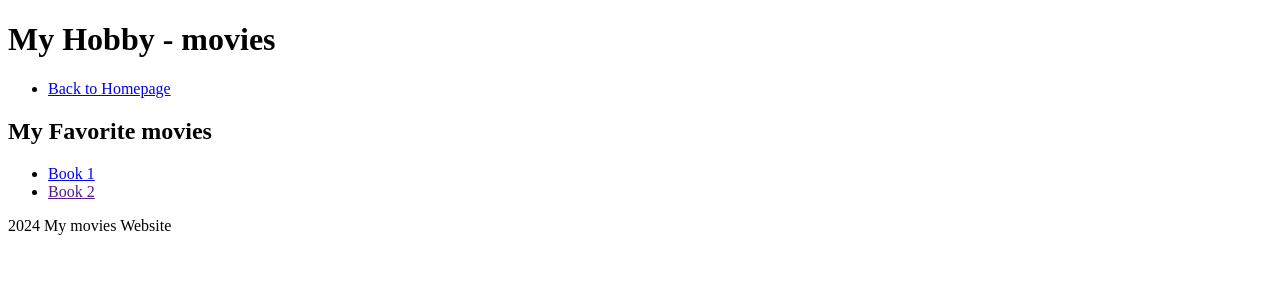
Repository: DaryaSarycheva/Hobbies
Page: pages/movies.html
These files come from the project's save history. The page is drawn as it stood at one moment and after the next save; the edit follows.
The browser window is 1280 px wide. The pictures show the whole page.

Above is the page before, as saved 2024-05-08 08:47:59.

### pages/movies.html
<!DOCTYPE html>
<html lang="en">
<head>
    <meta charset="UTF-8">
    <meta name="viewport" content="width=device-width, initial-scale=1.0">
    <title>Movies</title>
</head>
<body>
    <header>
        <h1>My Hobby - movies</h1>
    </header>
    <nav>
        <ul>
            <li><a href="../myHobbies.html">Back to Homepage</a></li>
        </ul>
    </nav>
    <main>
        <h2>My Favorite movies</h2>
        <ul>
            <li><a href="./">Book 1</a></li>
            <li><a href="">Book 2</a></li>

        </ul>
    </main>
    <footer>
        <p> 2024 My movies Website</p>
    </footer>
</body>
</html>

After the next save:
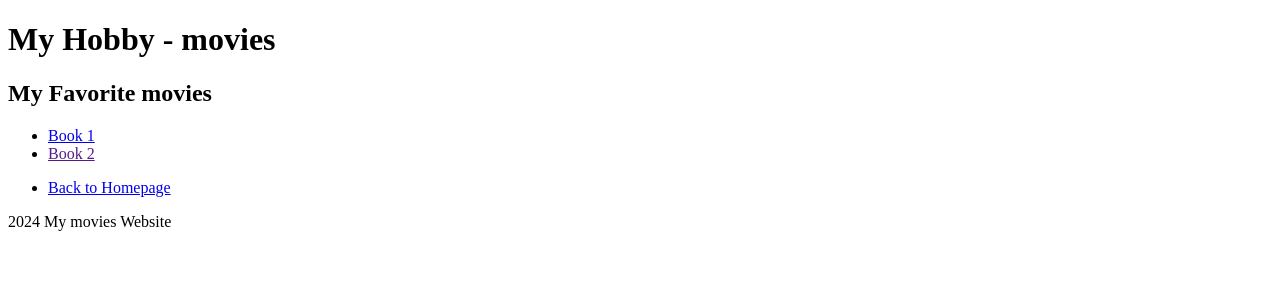
Saved 23 h 17 min later.
--- a/pages/movies.html
+++ b/pages/movies.html
@@ -9,19 +9,16 @@
     <header>
         <h1>My Hobby - movies</h1>
     </header>
-    <nav>
-        <ul>
-            <li><a href="../myHobbies.html">Back to Homepage</a></li>
-        </ul>
-    </nav>
     <main>
         <h2>My Favorite movies</h2>
         <ul>
             <li><a href="./">Book 1</a></li>
             <li><a href="">Book 2</a></li>
-
         </ul>
     </main>
+    <ul>
+        <li><a href="../myHobbies.html">Back to Homepage</a></li>
+    </ul>
     <footer>
         <p> 2024 My movies Website</p>
     </footer>
